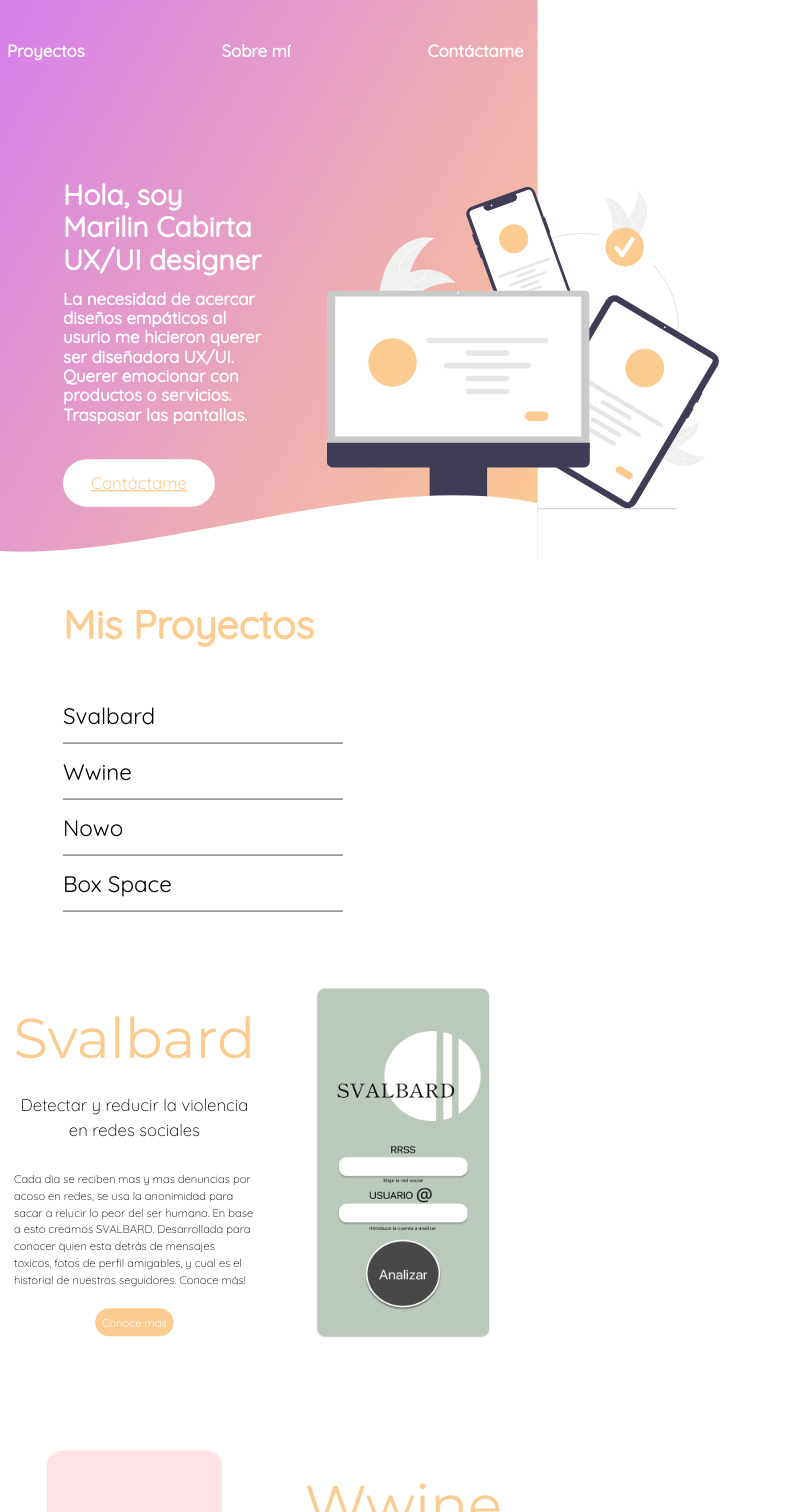
Repository: Marilyncabirta/portfolioHTML
Page: index.html
These files come from the project's save history. The page is drawn as it stood at one moment and after the next save; the edit follows.
The browser window is 768 px wide. The page is 1147 px wide, so the pictures cover 1147 px, including what lies to the right of the window. The pictures show the part of the page from y = 0 to 2160 px (the page is 4353 px tall), at 70% of full size.
Backgrounds fixed to the window are drawn as part of the page. Some web libraries are served in a nearby version.

Above is the page before, as saved 2022-12-16 12:40:46.

After the next save:
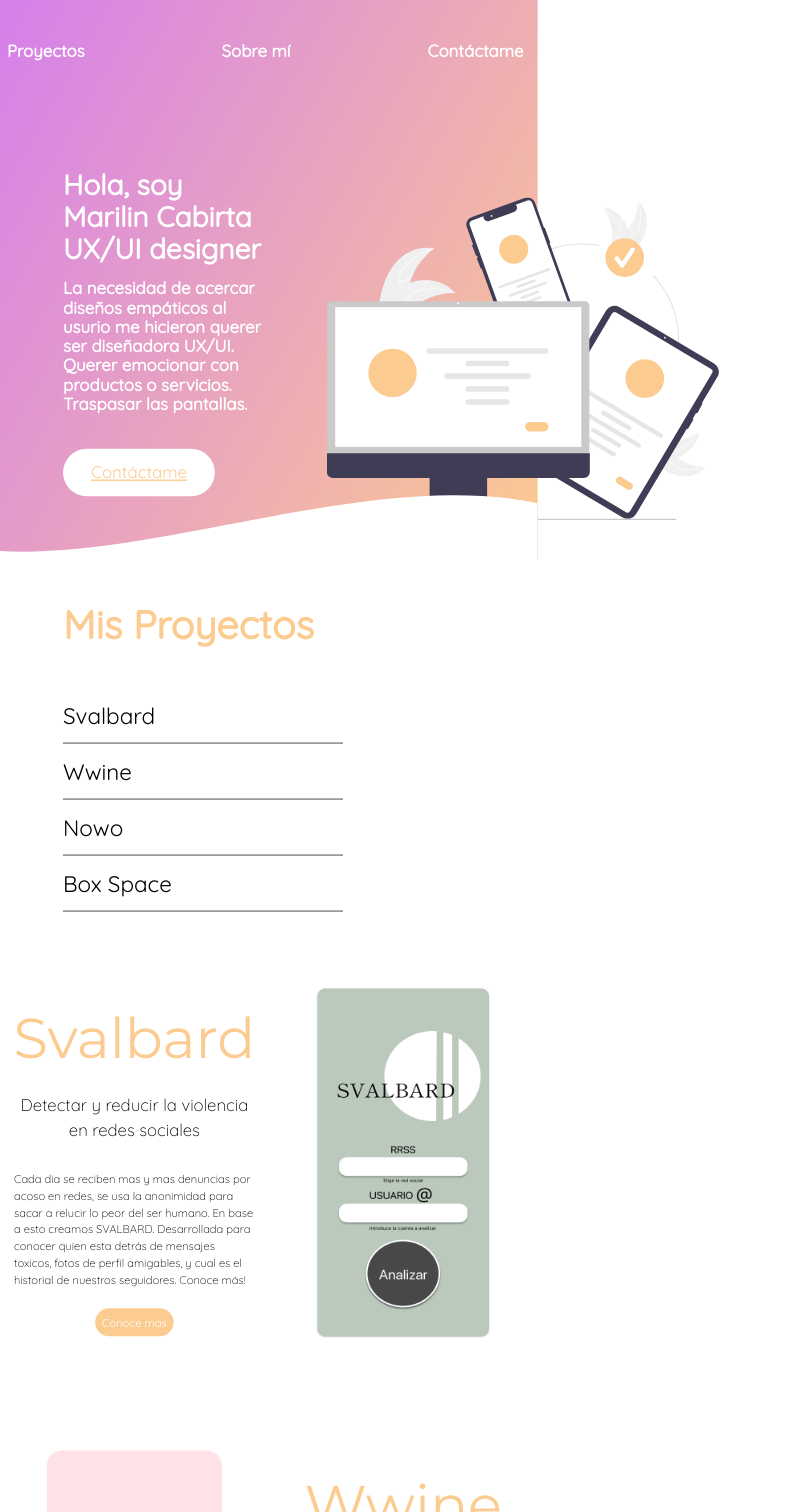
Saved 13 s later.
--- a/css/estilos.css
+++ b/css/estilos.css
@@ -361,7 +361,7 @@ text-decoration: underline;
 
         .hero__texts{
             width: 100%;
-            margin-bottom: 50px;
+            margin-bottom: 80px;
         }
         .hero__title{
             font-size: 2.5rem;
